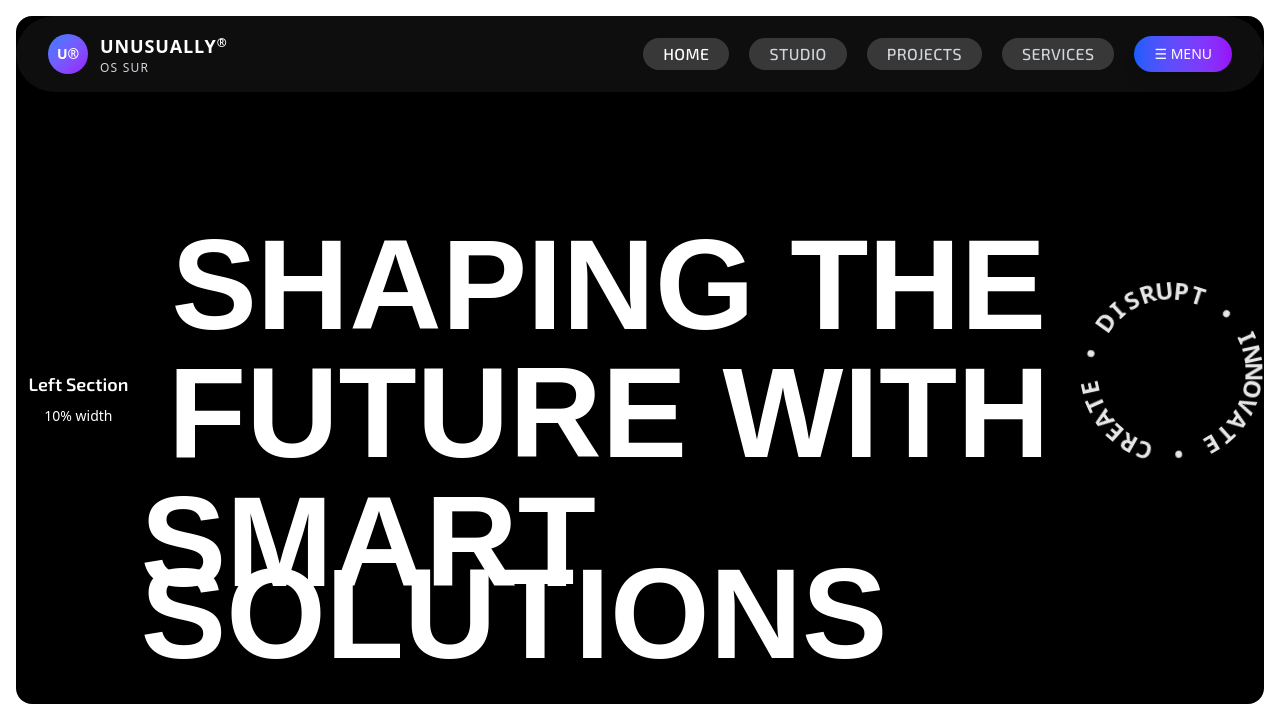
Repository: A-y-u-s-h-29/Digital-Express-India-With-Carrer-Page-And-RazorPay
Page: / (app in op/)
The author's editor kept a copy of each file at every save. The page is drawn from the files as they stood at one save, then again after a run of saves.
The browser window is 1280 px wide. The pictures show the whole page.
Some web fonts or font styles are not loaded; a fallback is used. The project was rebuilt for these pictures with package versions that can differ from the ones it lists, and the page was loaded fresh each time. Also part of the build but not shown: op/vite.config.js.

Above is the page before, as saved 2025-12-04 15:20:05.

After the next 3 saves:
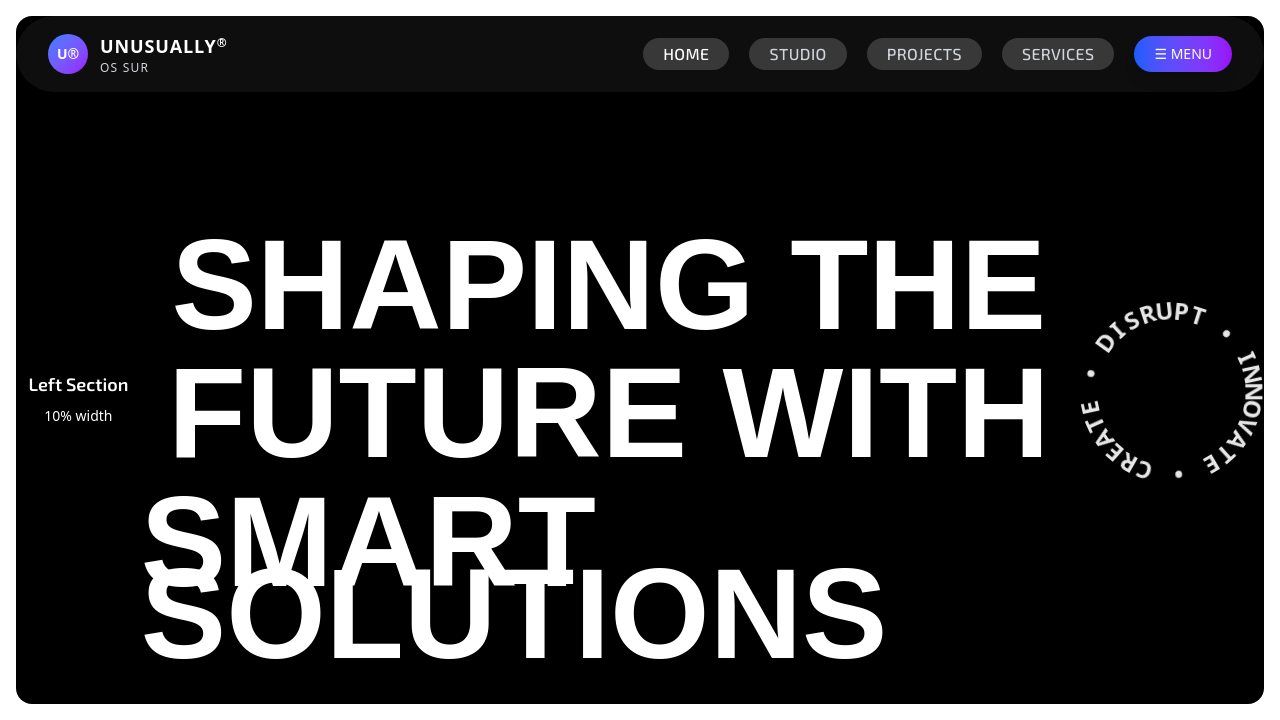
The 3 saves are shown as one change because they came seconds apart.
The last was saved 27 s later.
--- a/op/src/components/Home.jsx
+++ b/op/src/components/Home.jsx
@@ -56,7 +56,7 @@ function Home() {
                 text="INNOVATE • CREATE • DISRUPT • "
                 spinDuration={30}
                 onHover="speedUp"
-                className="text-white/90 text-sm mt-40 "
+                className="text-white/90 text-sm mt-50 "
               />
 
 
